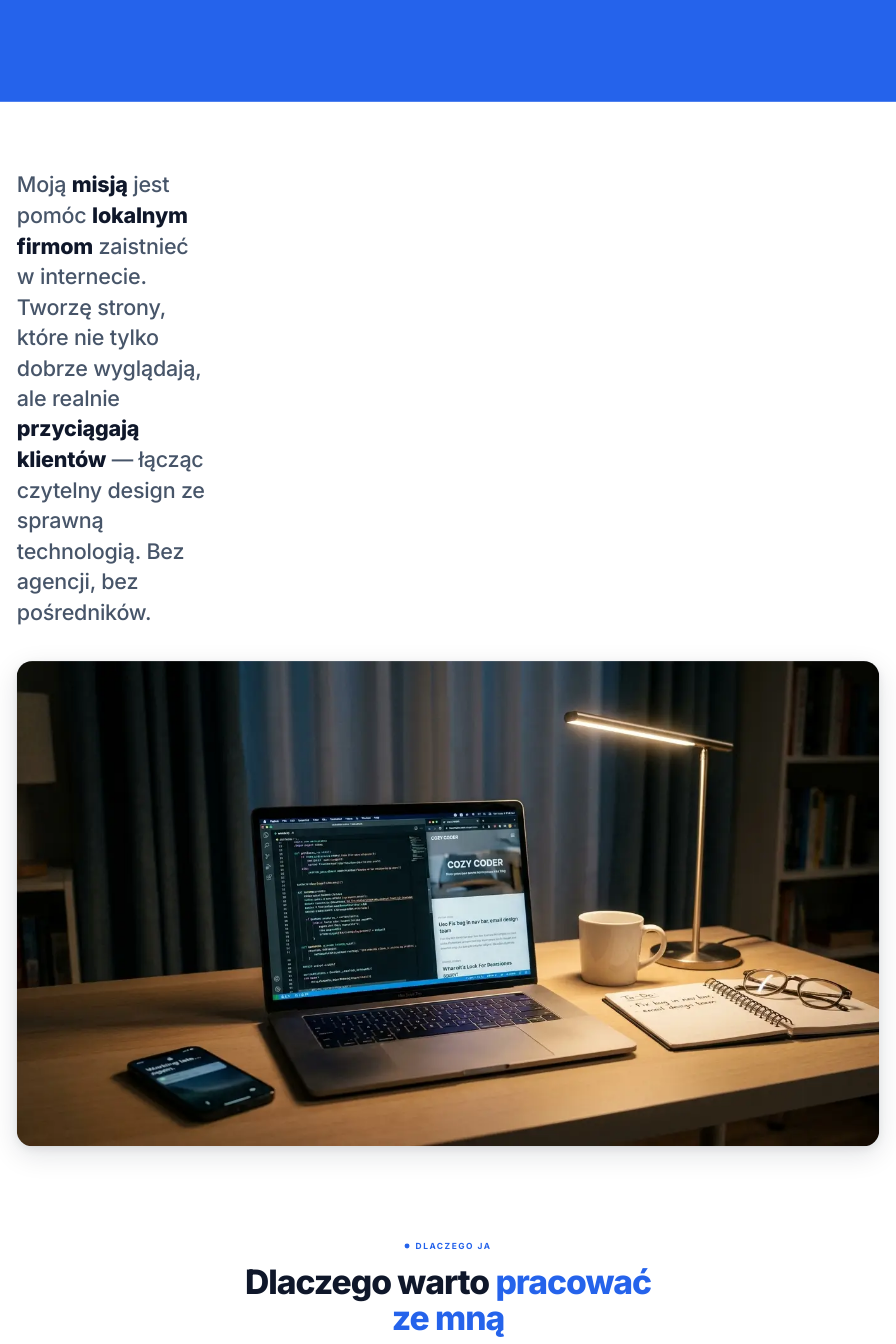
Repository: Stecudesign/lokalne-www
Page: o-mnie.html
The author's editor kept a copy of each file at every save. The page is drawn from the files as they stood at one save, then again after the next save.
The browser window is 1280 px wide. The pictures show the part of the page from y = 859 to 2779 px (the page is 5351 px tall before and 4871 px after), at 70% of full size.
A picture or video elsewhere on the page could not be fetched, so the positions and the page height are approximate. Some web libraries are served in a nearby version.

Above is the page before, as saved 2026-08-23 10:45:29.

After the next save:
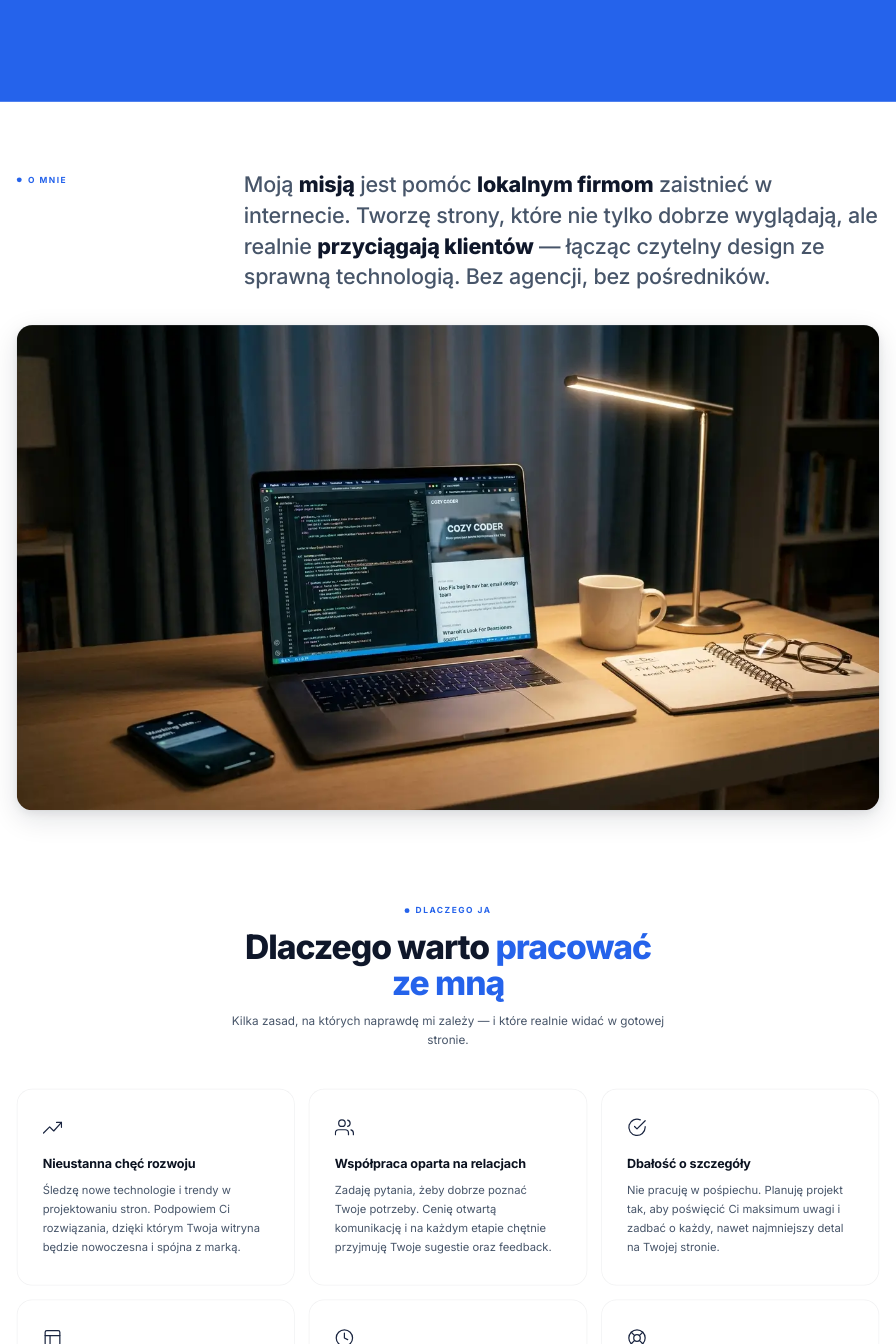
Saved 15 s later.
--- a/o-mnie.html
+++ b/o-mnie.html
@@ -157,7 +157,7 @@
   <div class="max-w-container mx-auto px-6">
 
     <div class="me-mission-top fade-up">
-
+      <span class="me-eyebrow">O mnie</span>
       <p class="me-mission-text">
         Moją <strong>misją</strong> jest pomóc <strong>lokalnym firmom</strong> zaistnieć w internecie.
         Tworzę strony, które nie tylko dobrze wyglądają, ale realnie <strong>przyciągają klientów</strong> —
